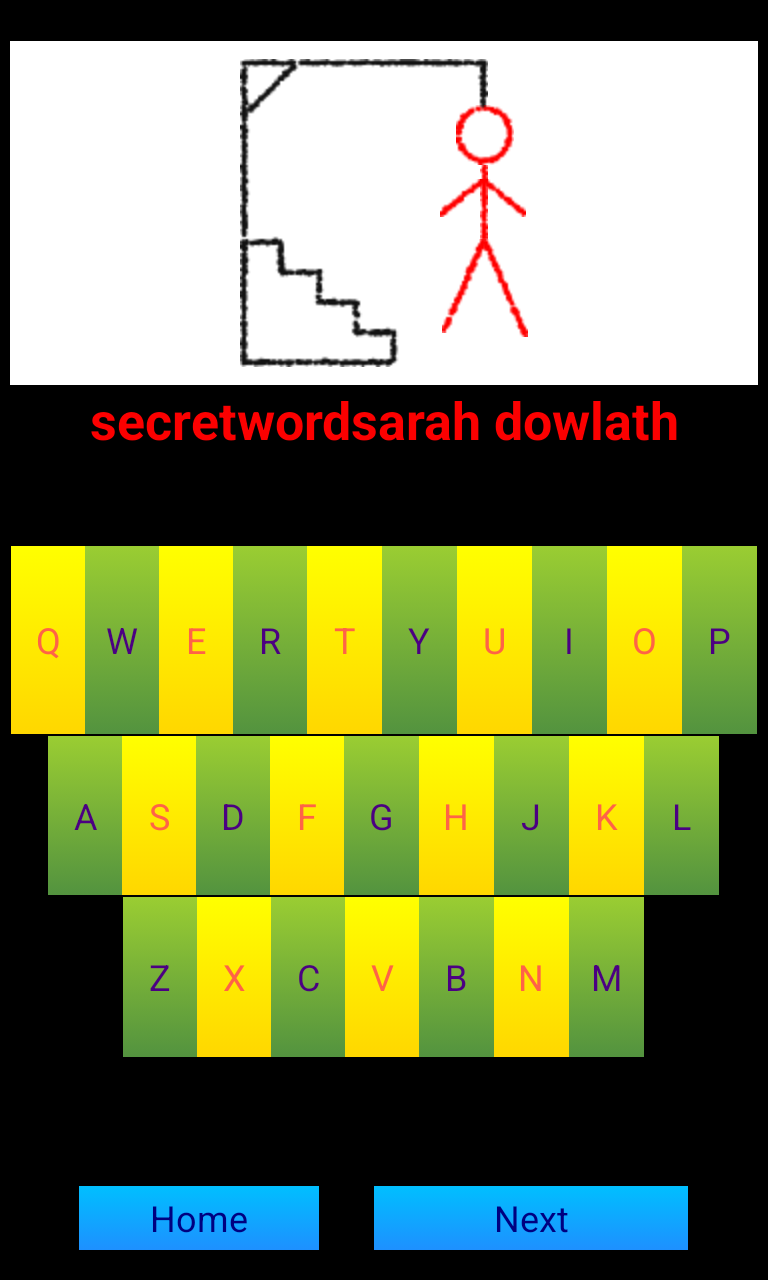
Repository: SarahDowlath/TriniHangman
Layout: workspace3/Trini-Hangman/res/layout/game.xml
These files come from the project's save history. The layout is drawn as it stood at one moment and after the next save; the edit follows.
It is drawn on a 768 x 1280 px phone screen (xhdpi) without system bars, with theme AppTheme; the app's code is not run.

Above is the layout before, as saved 2014-07-07 17:49:33.

After the next save:
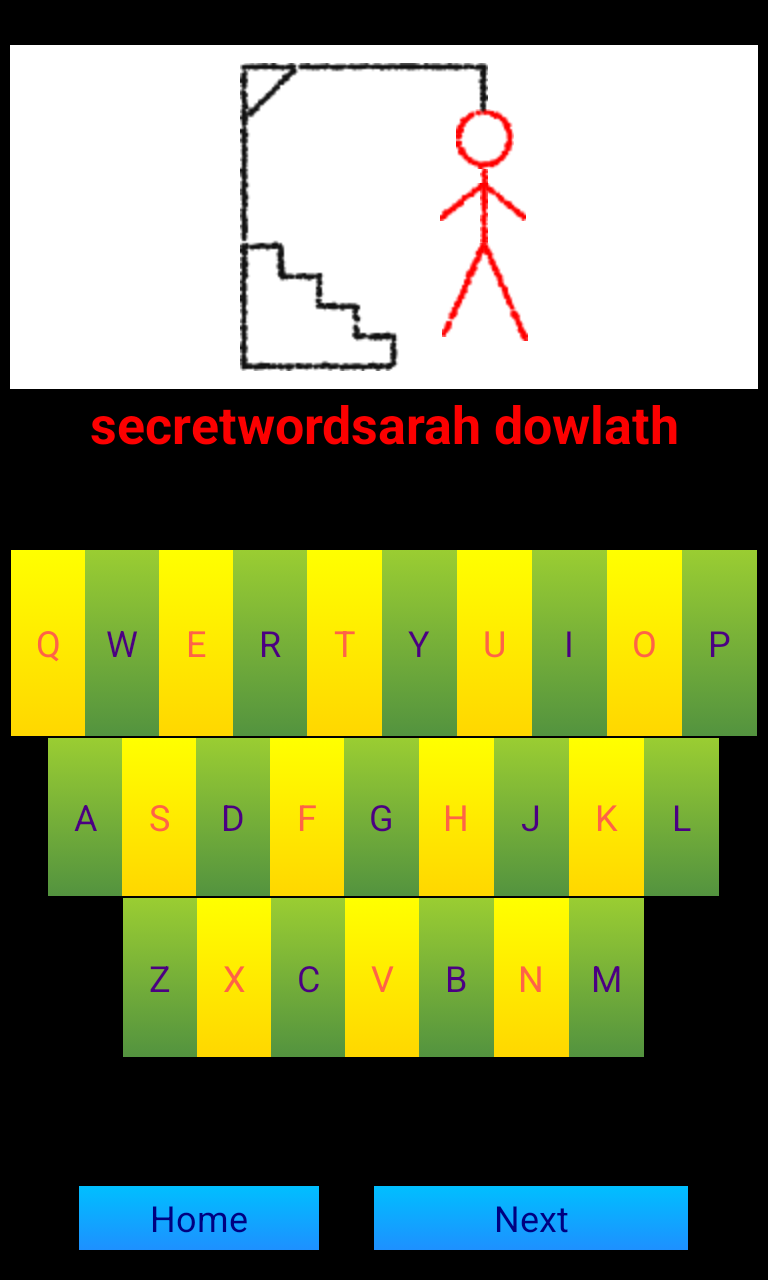
Saved 94 s later.
--- a/workspace3/Trini-Hangman/res/layout/game.xml
+++ b/workspace3/Trini-Hangman/res/layout/game.xml
@@ -18,7 +18,7 @@
     <TextView
         android:id="@+id/textLevel"
         android:layout_weight = "0.5"
-        android:layout_height="0dp"
+        android:layout_height="2dp"
         android:layout_width="fill_parent"
         android:gravity="center"
         android:text=""
